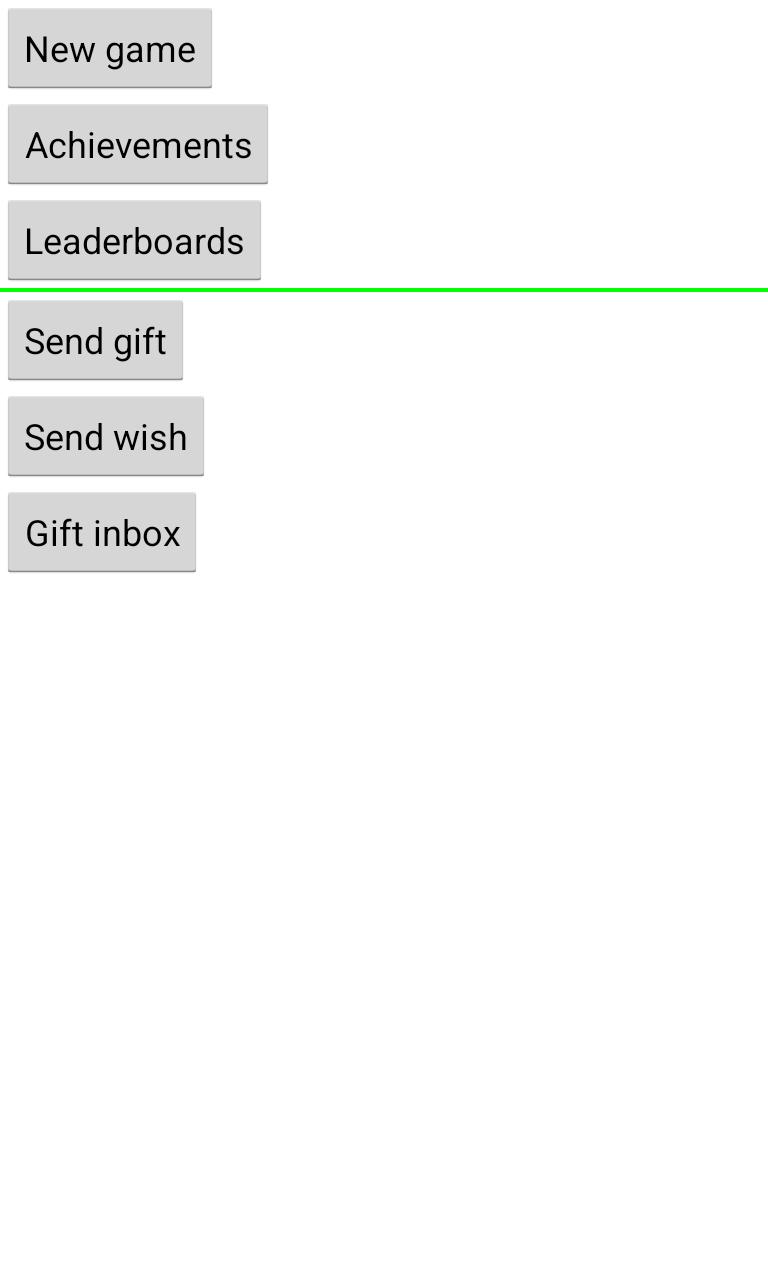
Repository: wassil/googleGamesTest
Layout: TicTacToe/res/layout/fragment_main_menu.xml
These files come from the project's save history. The layout is drawn as it stood at one moment and after the next save; the edit follows.
It is drawn on a 768 x 1280 px phone screen (xhdpi) without system bars, with theme AppTheme; the app's code is not run.

Above is the layout before, as saved 2014-04-01 18:15:12.

After the next save:
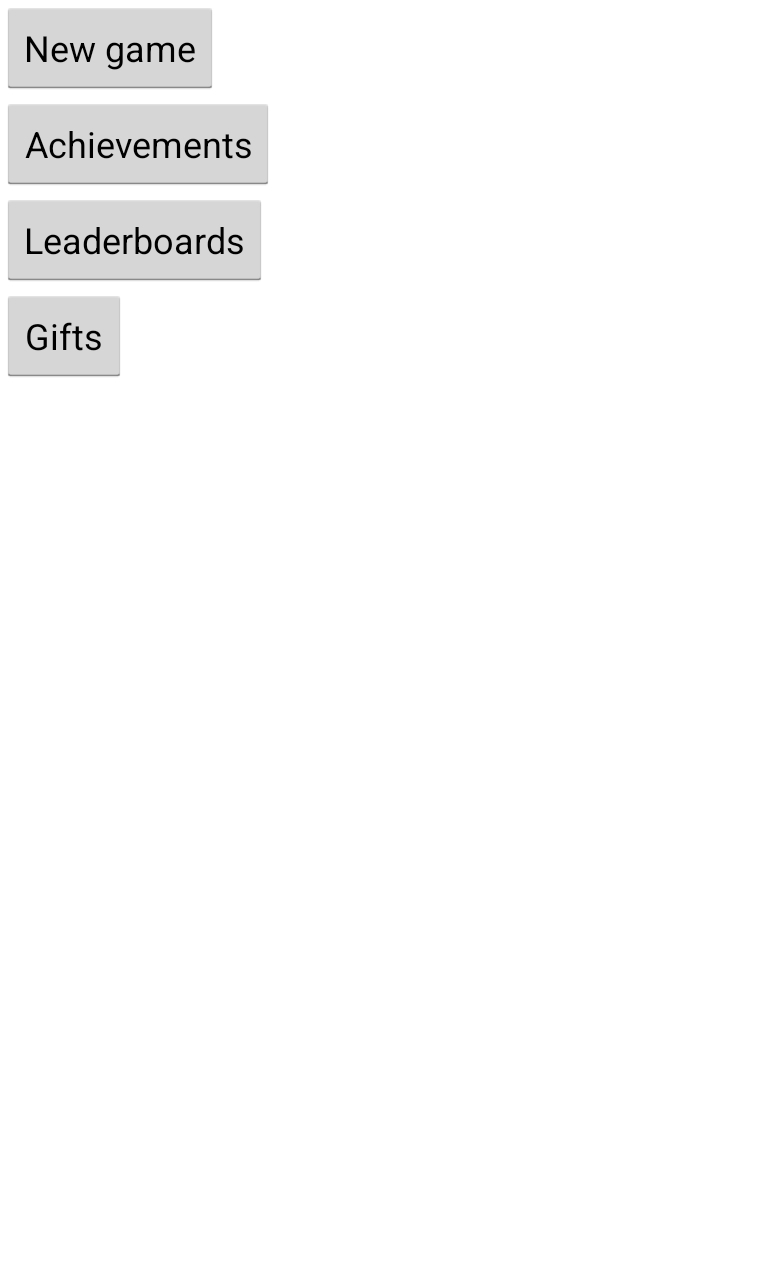
Saved 45 s later.
--- a/TicTacToe/res/layout/fragment_main_menu.xml
+++ b/TicTacToe/res/layout/fragment_main_menu.xml
@@ -14,34 +14,17 @@
         android:id="@+id/buttonAchievements"
         android:layout_width="wrap_content"
         android:layout_height="wrap_content"
-        android:text="Achievements" />
+        android:text="@string/achievements" />
 	<Button
         android:id="@+id/buttonLeaderboards"
         android:layout_width="wrap_content"
         android:layout_height="wrap_content"
-        android:text="Leaderboards" />
-
-	<View
-    	android:layout_width="fill_parent"
-		android:layout_height="2dip"
-		android:background="#FF00FF00" />
-
+        android:text="@string/leaderboards" />
 	<Button
-        android:id="@+id/buttonSendGift"
+        android:id="@+id/buttonGifts"
         android:layout_width="wrap_content"
         android:layout_height="wrap_content"
-        android:text="Send gift" />
+        android:text="@string/gifts" />
 
-	<Button
-        android:id="@+id/buttonSendWish"
-        android:layout_width="wrap_content"
-        android:layout_height="wrap_content"
-        android:text="Send wish" />
-
-	<Button
-        android:id="@+id/buttonGiftInbox"
-        android:layout_width="wrap_content"
-        android:layout_height="wrap_content"
-        android:text="Gift inbox" />
 
 </LinearLayout>
